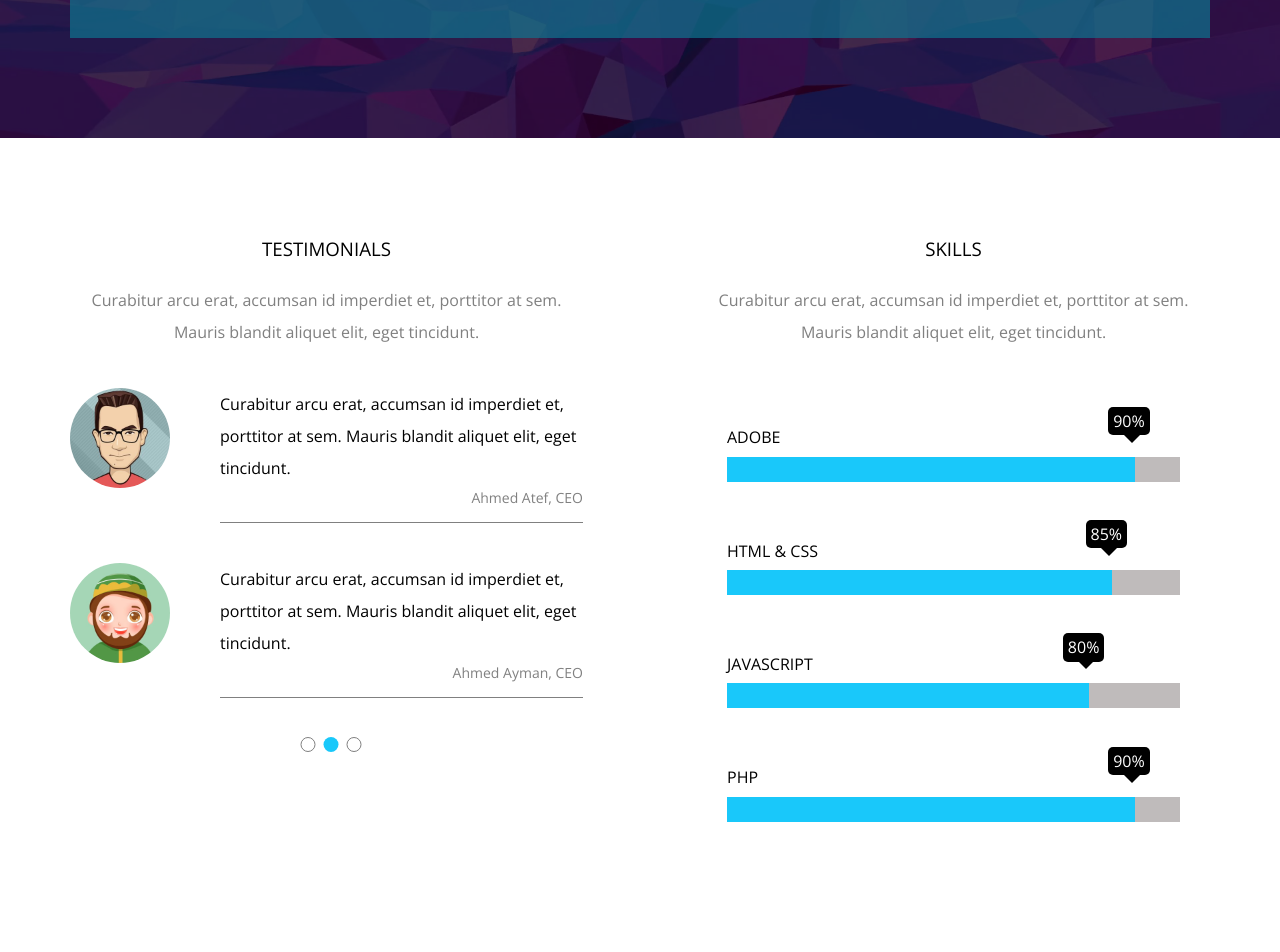
Repository: Ahmed123rezk123/Template_2
Page: index.html
These files come from the project's save history. The page is drawn as it stood at one moment and after the next save; the edit follows.
The browser window is 1280 px wide. The pictures show the part of the page from y = 4915 to 5867 px (the page is 5867 px tall).
A picture or video elsewhere on the page could not be fetched, so the positions and the page height are approximate. Some web fonts or font styles are not loaded; a fallback is used.

Above is the page before, as saved 2024-04-15 19:13:10.

After the next save:
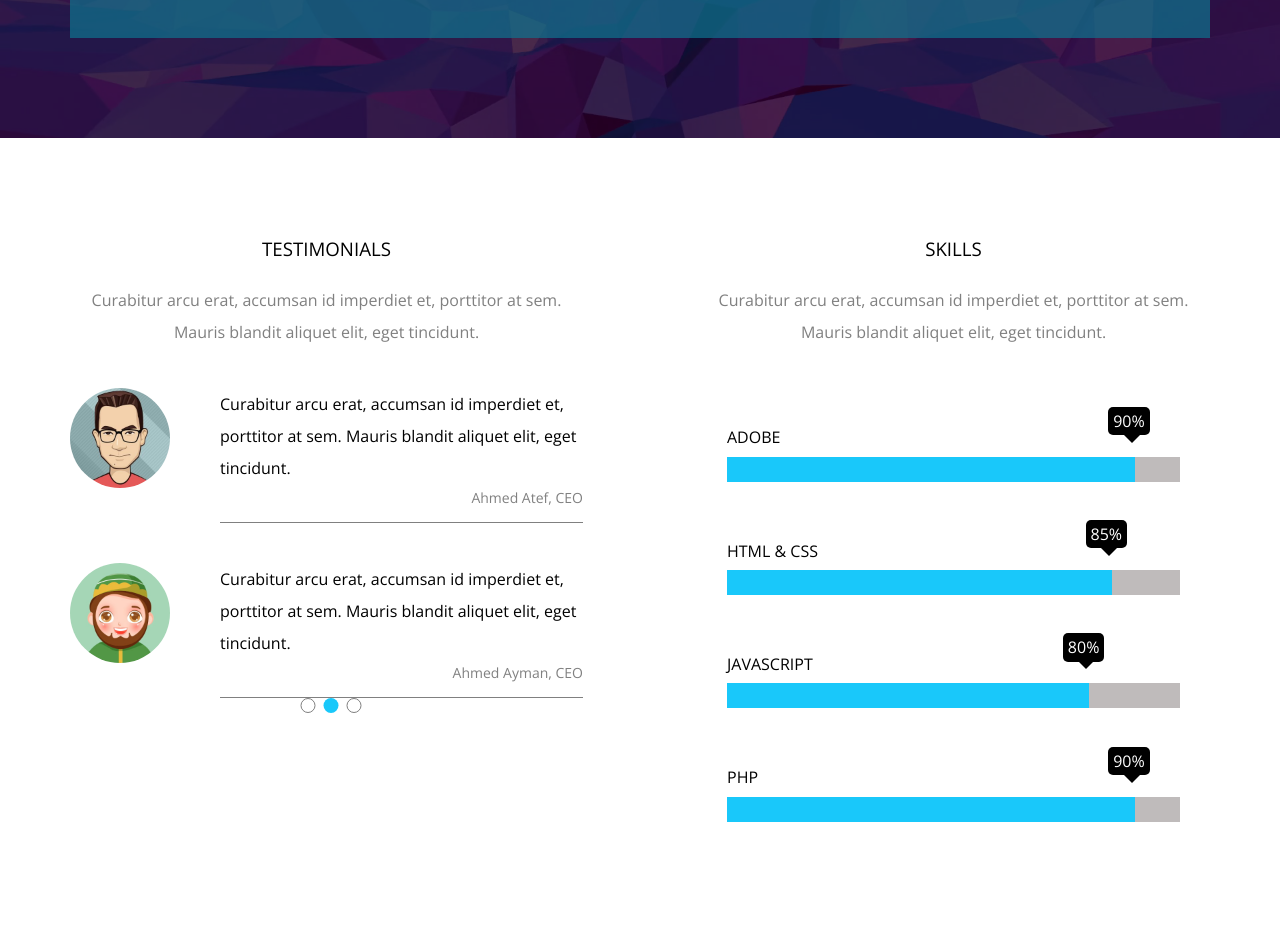
Saved 20 s later.
--- a/css/kasper.css
+++ b/css/kasper.css
@@ -714,7 +714,7 @@ margin-right: 50px;
 .our-skills .container .testimonial .bullets {
         position: absolute;
         transform: translateX(-50%);
-        bottom: 100px;
+        /* bottom: 100px; */
         left: 50%;
         display: flex;
 }
